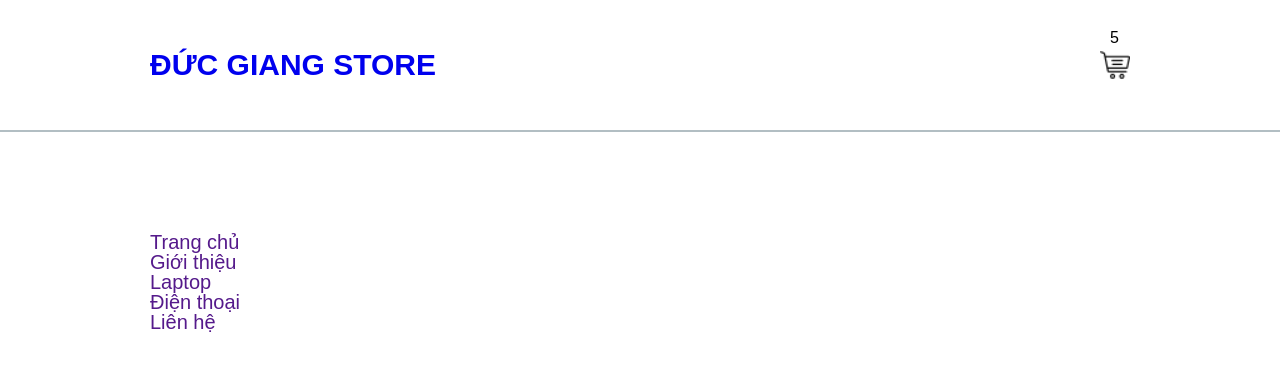
Repository: Giangattt123/PHP
Page: http://localhost/?page=home
These files come from the project's save history. The page is drawn as it stood at one moment and after the next save; the edit follows.
The browser window is 1280 px wide. The pictures show the whole page.
Some web libraries are served in a nearby version. The page is run by PHP 8.4 with error messages shown; the project is at /var/www/html/.

Above is the page before, as saved 2023-03-17 22:24:24.

### PHP_Shopping-Cart/Shopping_Cart/index.php
<?php
    require 'inc/header.php';
?>

### PHP_Shopping-Cart/Shopping_Cart/inc/header.php
<!DOCTYPE html>
<html lang="en">

<head>
    <meta charset="UTF-8">
    <meta http-equiv="X-UA-Compatible" content="IE=edge">
    <meta name="viewport" content="width=device-width, initial-scale=1.0">
    <title>ĐỨC GIANG STORE</title>
    <link rel="stylesheet" href="public/css/reset.css">
    <link rel="stylesheet" href="public/css/style.css">
    <link rel="stylesheet" href="https://cdnjs.cloudflare.com/ajax/libs/font-awesome/6.3.0/css/all.min.css"
        integrity="sha512-SzlrxWUlpfuzQ+pcUCosxcglQRNAq/DZjVsC0lE40xsADsfeQoEypE+enwcOiGjk/bSuGGKHEyjSoQ1zVisanQ=="
        crossorigin="anonymous" referrerpolicy="no-referrer" />
    <script src="public/js/main.js"></script>
</head>

<body>
    <div class="wrapper">
        <div class="wrapper-content">
            <div class="header">
                <div class="header-content">
                    <div class="item-left">
                        <a href="?page=home">ĐỨC GIANG STORE</a>
                    </div>
                    <div class="item-right">
                        <div class="cart">
                            <a href="" class="cart-icon">
                                <img src="public/images/icon-cart.png" alt="Icon_Cart" class="icon-image">
                            </a>
                            <span class="cart-number">5</span>
                        </div>
                    </div>
                </div>
            </div>
            <!-- end header -->
            <div class="content">
                <div class="content-container">
                    <div class="menu-select">
                        <ul class="menu">
                            <li class="menu-item">
                                <a href="" class="">Trang chủ</a>
                            </li>
                            <li class="menu-item">
                                <a href="" class="">Giới thiệu</a>
                            </li>
                            <li class="menu-item">
                                <a href="" class="">Laptop</a>
                            </li>
                            <li class="menu-item">
                                <a href="" class="">Điện thoại</a>
                            </li>
                            <li class="menu-item">
                                <a href="" class="">Liên hệ</a>
                            </li>
                        </ul>
                    </div>
                    <div class="menu-content">

                    </div>
                </div>
            </div>
            <!-- end content -->
            <div class="footer">

            </div>
            <!-- end footer -->
        </div>
    </div>


</body>

</html>

### PHP_Shopping-Cart/Shopping_Cart/public/css/style.css
* {
  box-sizing: border-box;
}
html {
  font-size: 62.5%;
}
body {
  font-family: "Poppins", sans-serif;
  font-size: 1.6rem;
  font-weight: normal;
}
img {
  display: block;
  max-width: 100%;
}
.header-content {
  display: flex;
  justify-content: space-between;
  margin-left: 150px;
  margin-right: 150px;
  padding: 50px 0px;
  /* border-bottom: 1px solid #f00; */
}
.item-left {
  font-size: 3rem;
  color: #0984e3;
  font-weight: bold;
}
.cart {
  position: relative;
  display: flex;
  align-items: center;
}
.cart .cart-icon .icon-image {
  width: 30px;
  height: 30px;
}
.cart .cart-number {
  position: absolute;
  top: -20px;
  left: 10px;
}
.header {
  border-bottom: 2px solid #b2bec3;
}
.content-container {
  display: flex;
}
.menu-select {
  width: 25%;
  margin-left: 150px;
  font-size: 2rem;
  margin-top: 100px;
}

Loaded but not shown: PHP_Shopping-Cart/Shopping_Cart/public/css/reset.css (common file); PHP_Shopping-Cart/Shopping_Cart/public/js/main.js (no stored copy; drawn as an empty file)

After the next save:
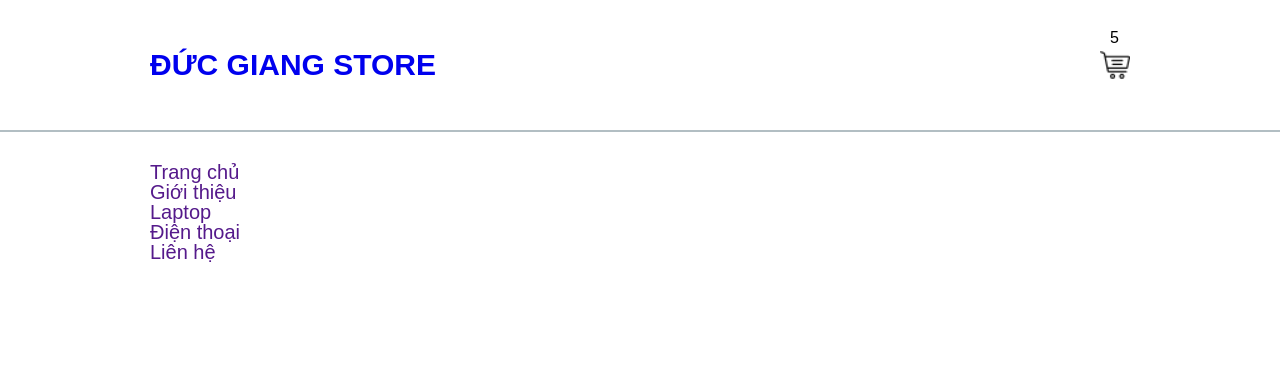
Saved 20 s later.
--- a/PHP_Shopping-Cart/Shopping_Cart/public/css/style.css
+++ b/PHP_Shopping-Cart/Shopping_Cart/public/css/style.css
@@ -50,5 +50,5 @@ img {
   width: 25%;
   margin-left: 150px;
   font-size: 2rem;
-  margin-top: 100px;
+  margin-top: 30px;
 }
